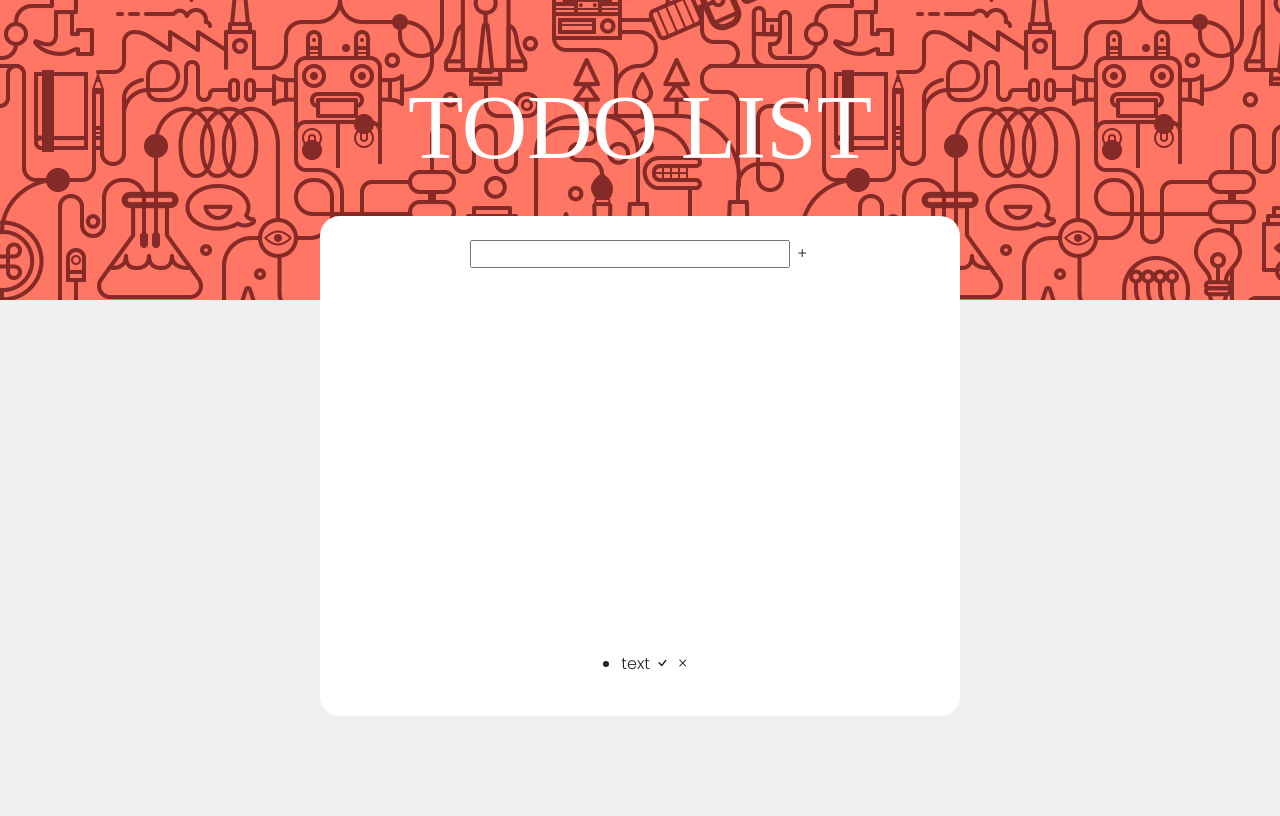
Repository: zum281/todo-list
Page: index.html
These files come from the project's save history. The page is drawn as it stood at one moment and after the next save; the edit follows.
The browser window is 1280 px wide. The pictures show the whole page.
Some web fonts or font styles are not loaded; a fallback is used. Some web libraries are served in a nearby version. The style sheet was rebuilt from its Sass, Less or Tailwind sources for each picture, by a compiler version that may differ from the author's.

Above is the page before, as saved 2021-03-05 16:05:25.

### index.html
<!DOCTYPE html>
<html lang="en">

    <head>
        <meta charset="UTF-8">
        <meta http-equiv="X-UA-Compatible" content="IE=edge">
        <meta name="viewport" content="width=device-width, initial-scale=1.0">

        <!-- Bootstrap CSS -->
        <link href="https://cdn.jsdelivr.net/npm/bootstrap@5.0.0-beta2/dist/css/bootstrap.min.css" rel="stylesheet"
            integrity="sha384-BmbxuPwQa2lc/FVzBcNJ7UAyJxM6wuqIj61tLrc4wSX0szH/Ev+nYRRuWlolflfl" crossorigin="anonymous">
        <!-- Option 1: Bootstrap Bundle with Popper -->
        <script src="https://cdn.jsdelivr.net/npm/bootstrap@5.0.0-beta2/dist/js/bootstrap.bundle.min.js"
            integrity="sha384-b5kHyXgcpbZJO/tY9Ul7kGkf1S0CWuKcCD38l8YkeH8z8QjE0GmW1gYU5S9FOnJ0" crossorigin="anonymous">
        </script>
        <link rel="stylesheet" href="https://cdn.jsdelivr.net/npm/bootstrap-icons@1.4.0/font/bootstrap-icons.css">
        <!--Jquery-->
        <script src="https://code.jquery.com/jquery-3.6.0.min.js"
            integrity="sha256-/xUj+3OJU5yExlq6GSYGSHk7tPXikynS7ogEvDej/m4=" crossorigin="anonymous"></script>

        <link rel="stylesheet" href="css/main.css">
        <title>Todo List</title>
    </head>

    <body>
        <div class="container-fluid head">

            <h1 class="title">TODO LIST</h1>
        </div>
        <div class="container main">
            <div class="add-todo-box">
                <input type="text" name="add-todo" id="add-todo">
                <span><i class="bi bi-plus"></i></span>
            </div>
            <div class="todo-list-container">
                <ul class="todo-list">
                    <li class="todo-item"><span>text</span> <span><i class="bi bi-check"></i></span> <span><i
                                class="bi bi-x"></i></span></li>
                </ul>
            </div>
        </div>
        <script src="js/main.js"></script>
    </body>

</html>

### sass/main.scss
@import url("https://fonts.googleapis.com/css2?family=Poppins:wght@300;400;500;600;700&display=swap");
@import url("https://fonts.googleapis.com/css2?family=Chelsea+Market&display=swap");

* {
    margin: 0;
    padding: 0;
    box-sizing: border-box;
}

body {
    font-weight: 300;
    font-family: "Poppins";
    background-color: #f0f0f0;
}
.head {
    min-height: 300px;
    background: url("/assets/science.png");
    background-repeat: repeat;
    display: flex;
    align-items: flex-end;
    justify-content: center;
}

.title {
    font-family: "Chelsea Market";
    text-align: center;
    font-size: 68pt;
    color: #fff;
    transform: translateY(-100%);
}

.main {
    display: flex;
    flex-direction: column;
    align-items: center;
    justify-content: space-between;
    margin-top: 1rem;
    padding: 1.5rem;
    max-width: 50%;
    min-height: 500px;
    border-radius: 20px;
    background-color: #fff;
    transform: translateY(-20%);
}

Loaded but not shown: js/main.js (common file)

After the next save:
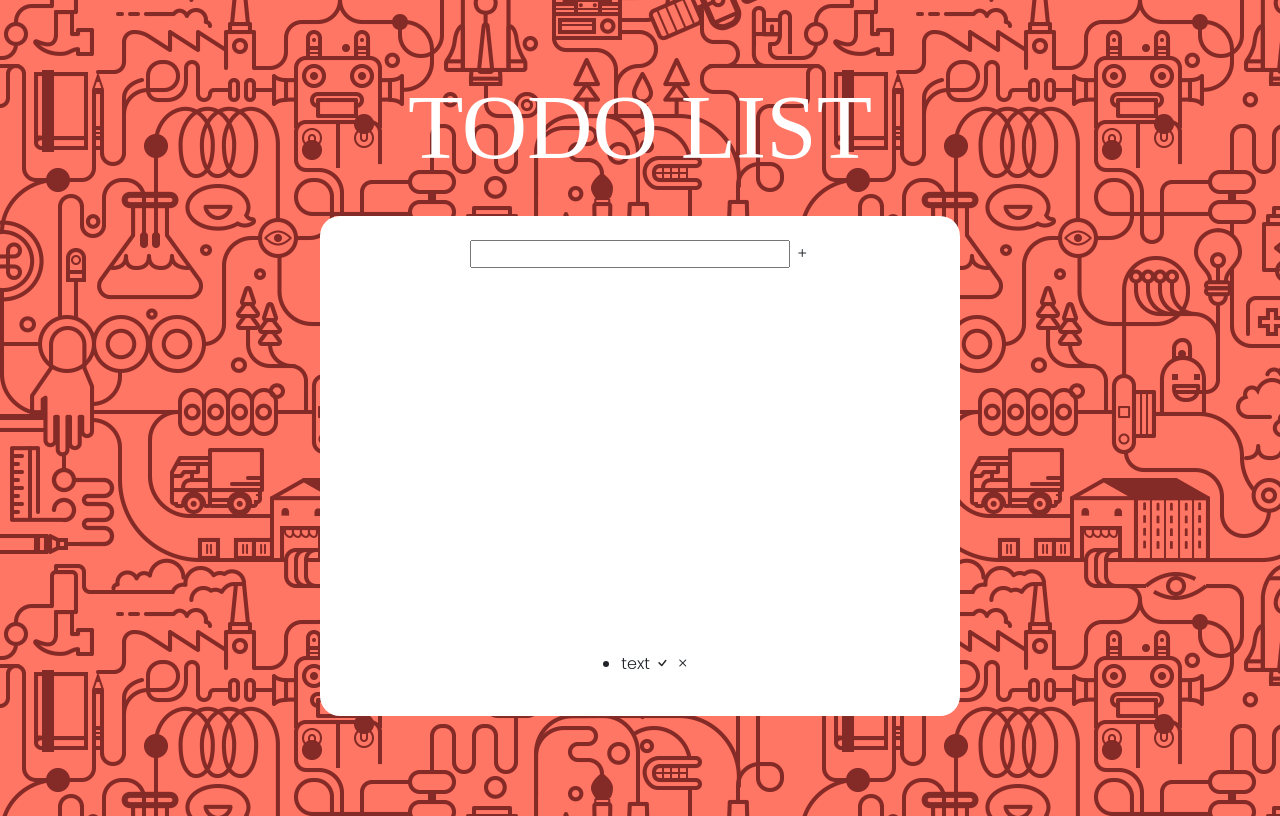
Saved 10 min 53 s later.
--- a/sass/main.scss
+++ b/sass/main.scss
@@ -11,11 +11,12 @@ body {
     font-weight: 300;
     font-family: "Poppins";
     background-color: #f0f0f0;
+    background: url("/assets/science.png");
+    background-repeat: repeat;
 }
 .head {
     min-height: 300px;
-    background: url("/assets/science.png");
-    background-repeat: repeat;
+
     display: flex;
     align-items: flex-end;
     justify-content: center;
